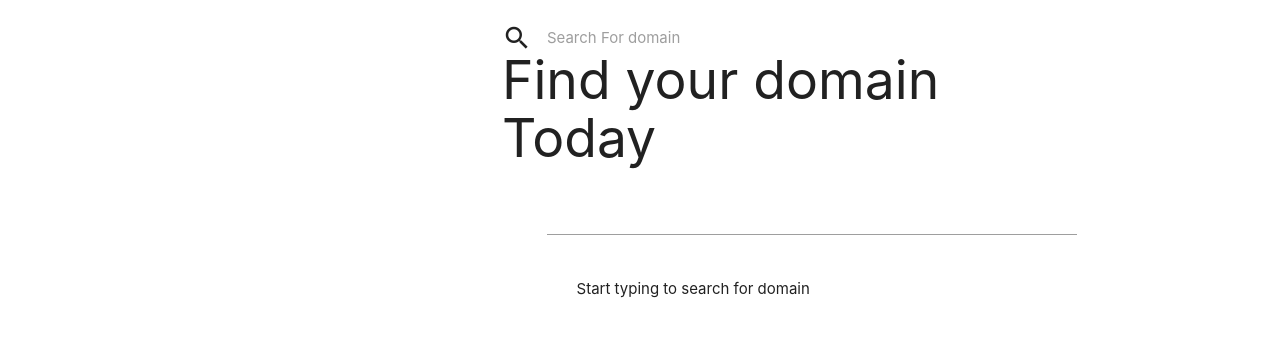
Repository: habib-urrehmaan/domain-name-searcher
Page: / (app in client/)
The author's editor kept a copy of each file at every save. The page is drawn from the files as they stood at one save, then again after the next save.
The browser window is 1280 px wide. The pictures show the whole page.
The project was rebuilt for these pictures with package versions that can differ from the ones it lists, and the page was loaded fresh each time.

Above is the page before, as saved 2020-04-17 18:12:10.

After the next save:
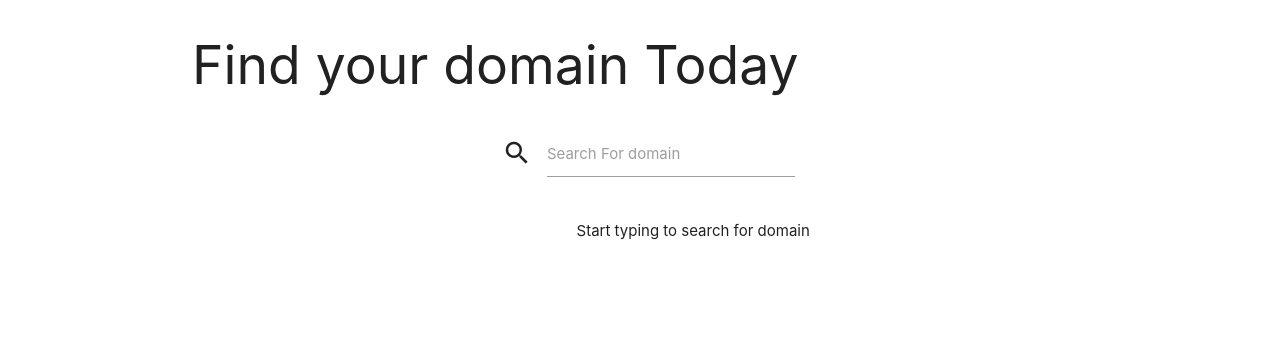
Saved 29 s later.
--- a/client/src/Search.js
+++ b/client/src/Search.js
@@ -28,8 +28,10 @@ class Search extends Component {
         return (
             <div>
                 <div className="row">
+                    <div className="offset-s4">
+                        <h2>Find your domain Today</h2>
+                    </div>
                     <div className="input-field col offset-s4">
-                        <h2>Find your domain Today</h2>
                         <i className="material-icons prefix">search</i>
                         <input id="search" type="text" className="validate" onChange={this.onChangeHandler}/>
                         <label htmlFor="search">Search For domain</label>
